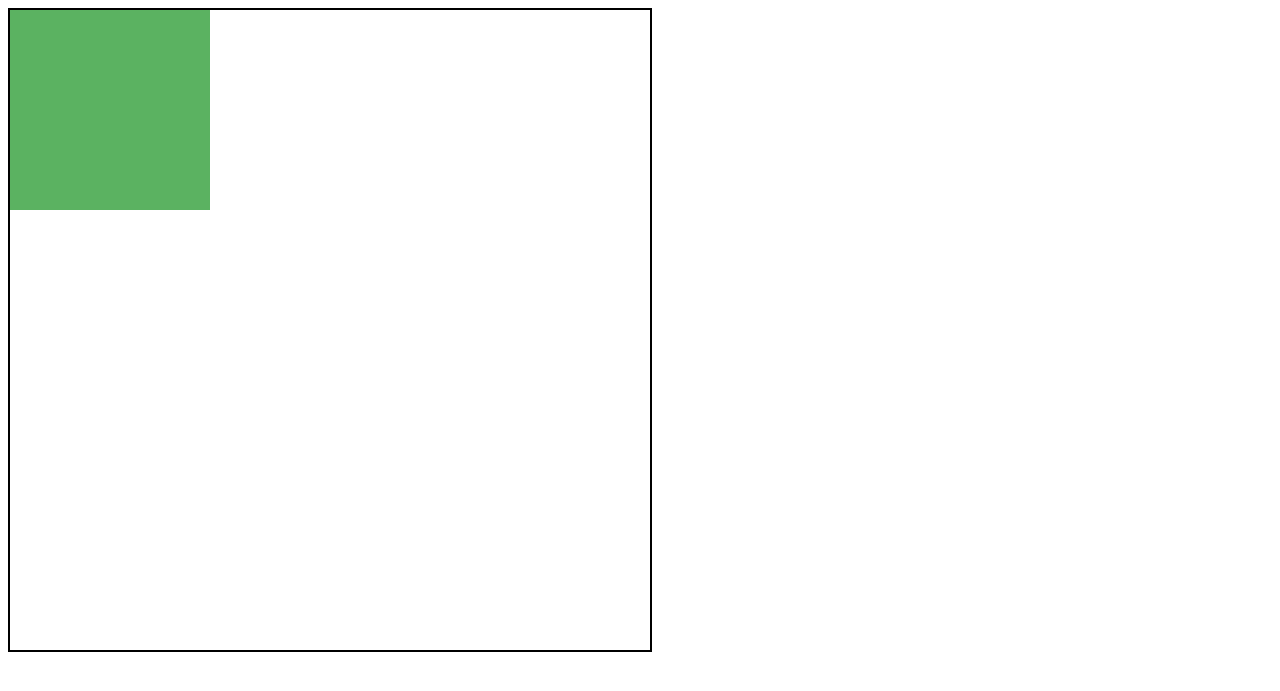
Repository: sezna/gamestuff
Page: http://localhost/
The author's editor kept a record of every edit. The page is drawn from the files as they stood at one moment, then again after the next edit.
The browser window is 1280 px wide. The pictures show the whole page.
The page is run by PHP 8.4 with error messages shown; the project is at /var/www/html/.

Above is the page before.

After the next edit:
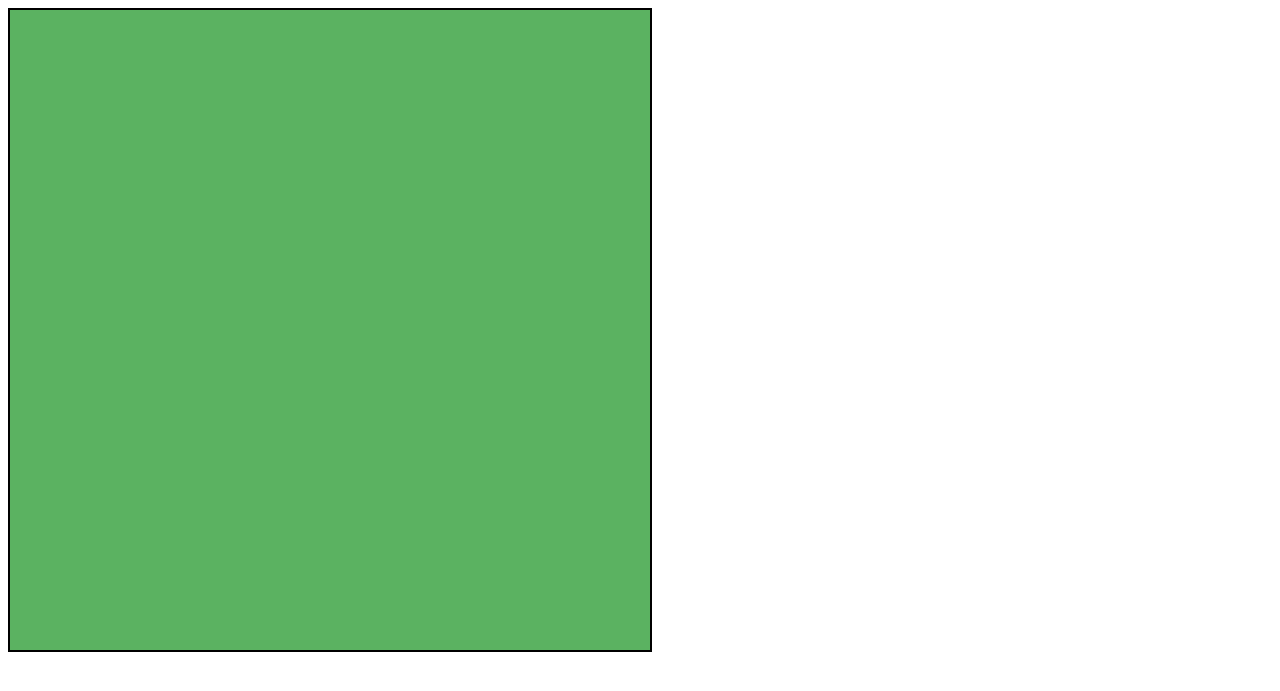
The edit:
--- a/workspace/index.php
+++ b/workspace/index.php
@@ -13,7 +13,7 @@
 
       ctx.fillStyle = "#5bb261";
 
-      ctx.fillRect(0, 0, 200, 200);
+      ctx.fillRect(0, 0, 640, 640);
 
 </script>
 
